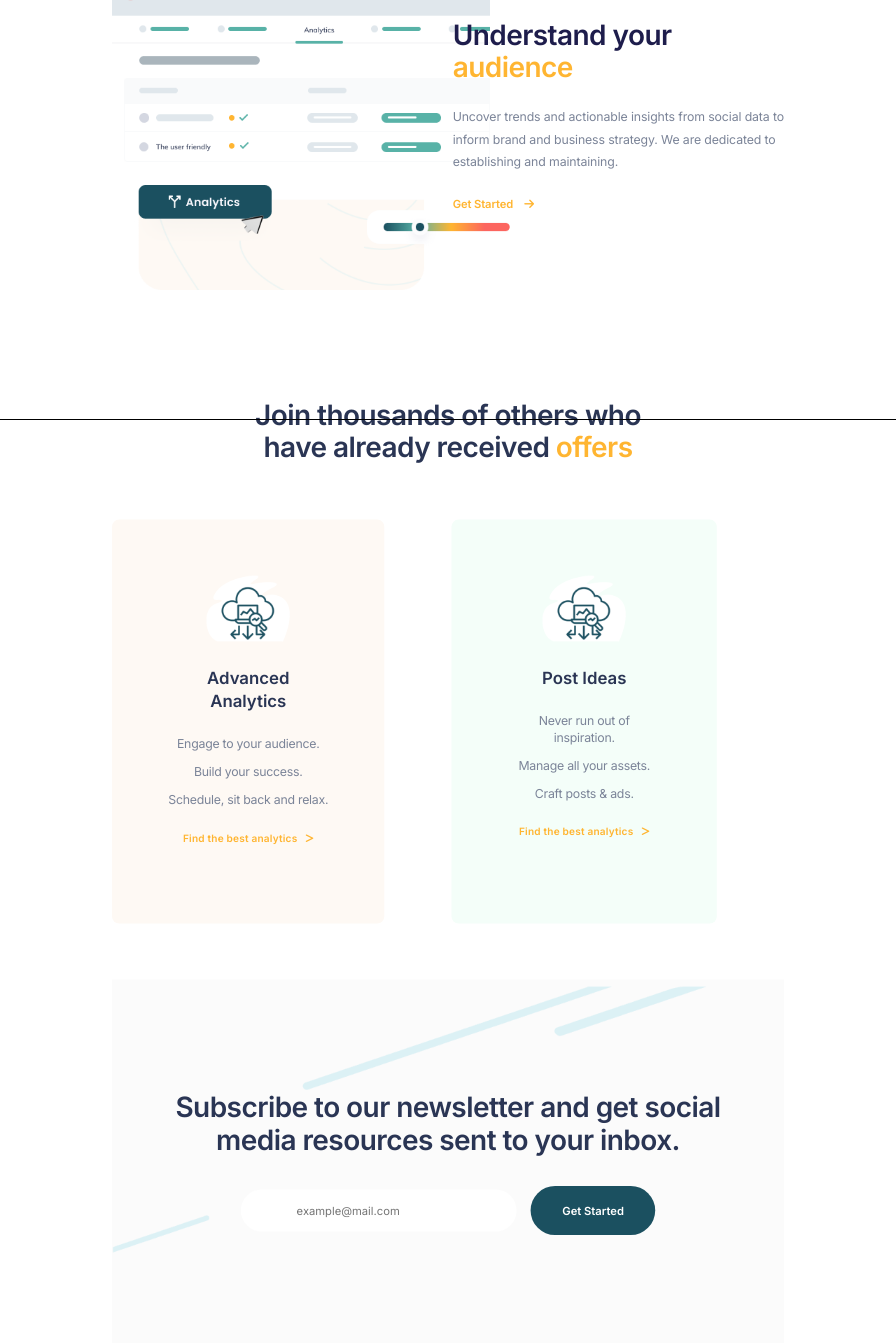
Repository: badhon252/Clickbay
Page: index.html
An editor plug-in stored every save of this project. The page is shown before and after the next save, followed by the edit.
The browser window is 1280 px wide. The pictures show the part of the page from y = 2305 to 4225 px (the page is 4225 px tall), at 70% of full size.
The style sheet was rebuilt from its Sass, Less or Tailwind sources for each picture, by a compiler version that may differ from the author's.

Above is the page before, as saved 2022-09-05 03:53:26.

After the next save:
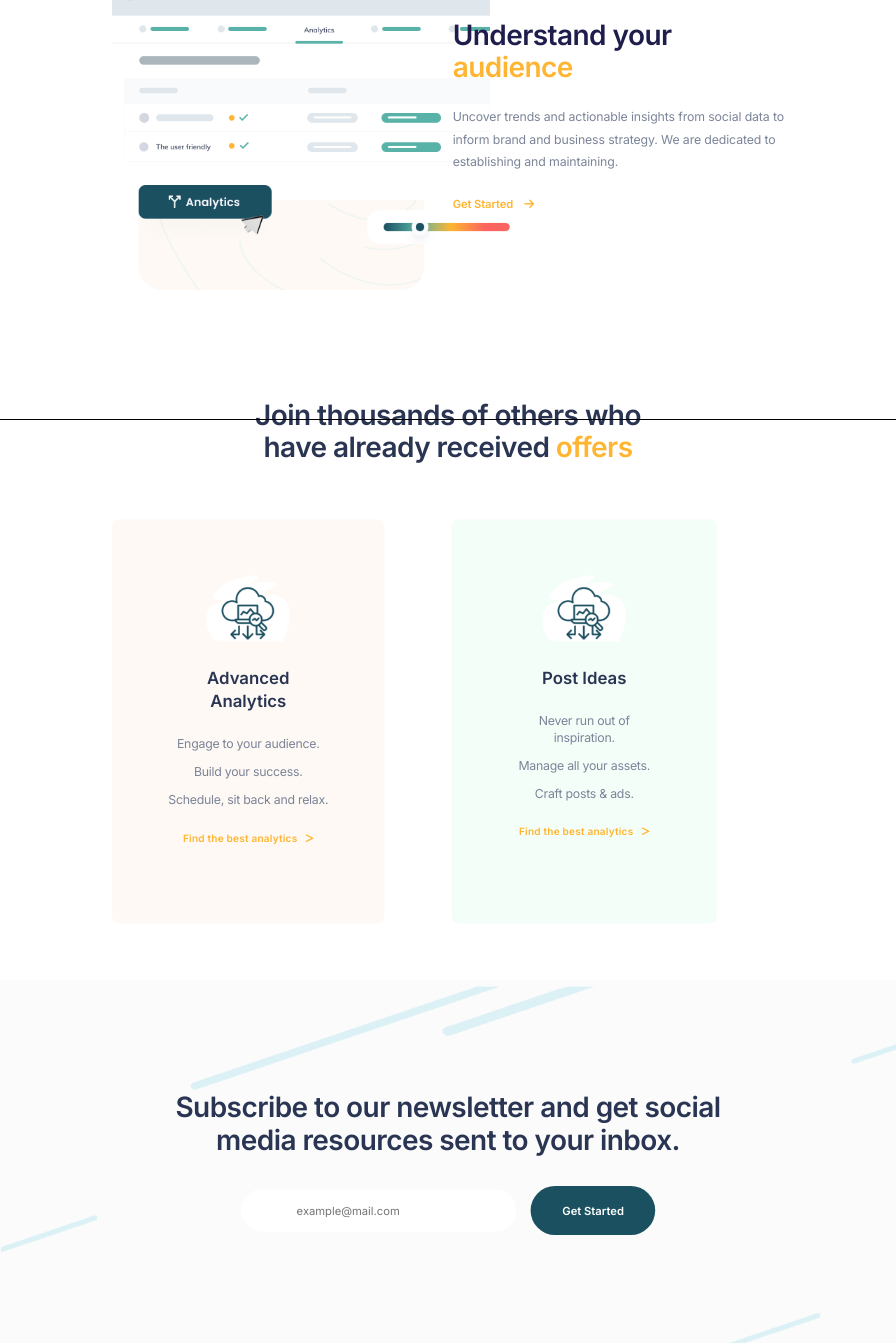
Saved 22 s later.
--- a/index.html
+++ b/index.html
@@ -167,8 +167,8 @@
         </div>
     </section>
 
-    <section class="fifth_section container">
-        <div class="card">
+    <section class="fifth_section ">
+        <div class="card container">
             <h1 class="my-3">Subscribe to our newsletter and get social <br> media resources sent to your inbox.</h1>
             <form action="">
                 <input type="email" id="mail" placeholder="example@mail.com"> <label for="mail">Get Started</label>
